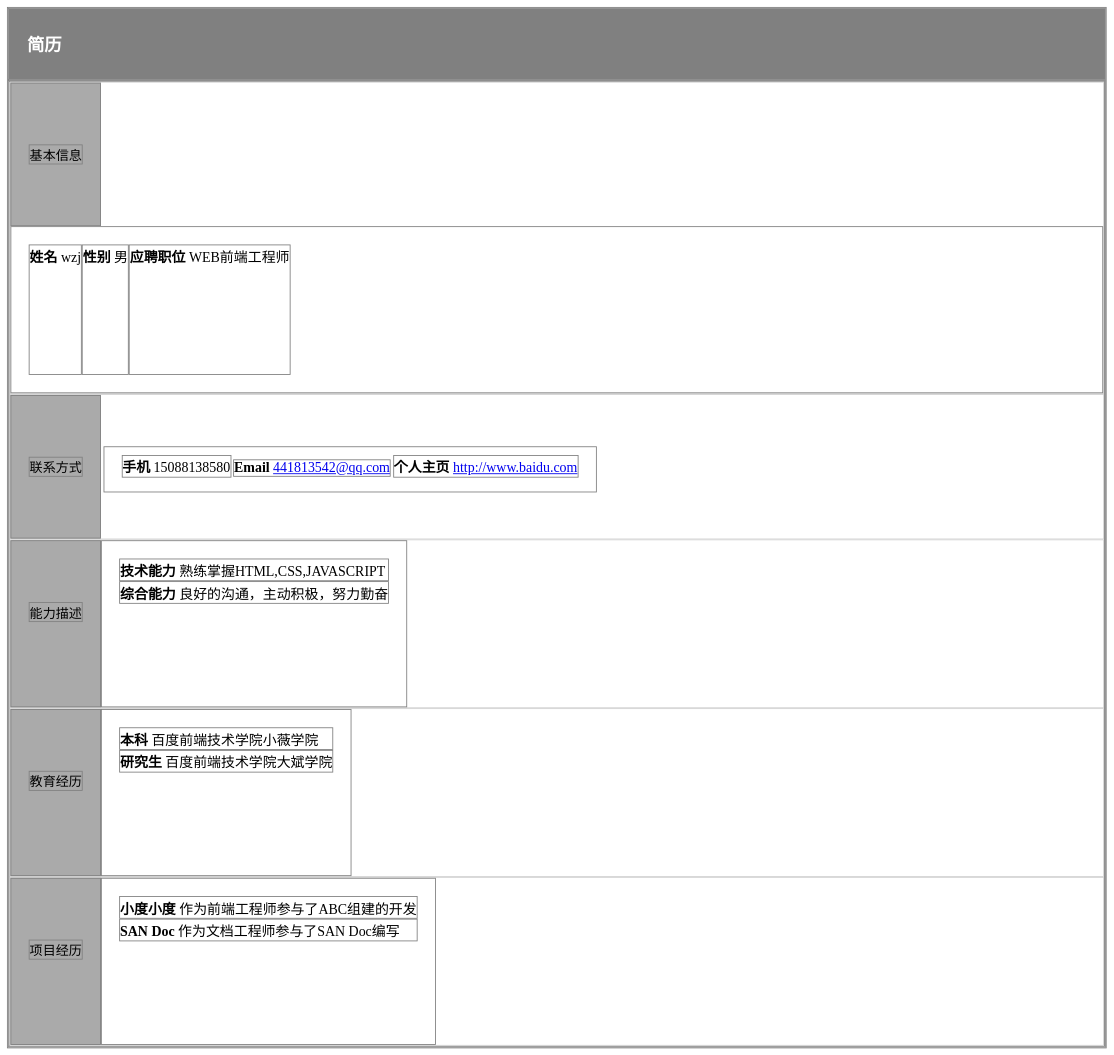
Repository: w441813542/webrecord
Page: day6_day7/jianli.html
An editor plug-in stored every save of this project. The page is shown before and after the next save, followed by the edit.
The browser window is 1280 px wide. The pictures show the whole page, at 87% of full size.

Above is the page before, as saved 2021-03-09 15:18:11.

### day6_day7/jianli.html
<!DOCTYPE html>
<html>

<head>
  <!-- <link rel="stylesheet" type="text/css" href="style_1.css" /> -->
  <!-- <link rel="stylesheet" type="text/css" href="style_2.css" /> -->
  <link rel="stylesheet" type="text/css" href="style_3.css" />
</head>

<body>
  <div class="box">
    <div class="left">
      <div class="caption">简历</div>
    </div>
    <div class="right">
      <div>
        <!-- <tr>
          <th rowspan="15" class="caption" align="center" valign="top">简历</th>
        </tr> -->
        <div class="part">
          <div class="part_left">
            <div class="th">基本信息</div>
          </div>
          <div class="part_right flex">
            <div class="td"><span>姓名</span> wzj</div>
            <div class="td"><span>性别</span> 男</div>
            <div class="td"><span>应聘职位</span> WEB前端工程师</div>
          </div>
        </div>
        <div class="part">
          <div class="part_left">
            <div class="th">联系方式</div>
          </div>
          <div class="part_right">
            <div class="td"><span>手机</span> 15088138580</div>
            <div class="td"><span>Email</span> <a href="mailto:441813542@qq.com">441813542@qq.com</a></div>
            <div class="td"><span>个人主页</span> <a href="http://www.baidu.com">http://www.baidu.com</a></div>
          </div>
        </div>
        <div class="part flex">
          <div class="part_left">
            <div class="th">能力描述</div>
          </div>
          <div class="part_right">
            <div class="td msgtd block"><span>技术能力</span> 熟练掌握HTML,CSS,JAVASCRIPT</div>
            <div class="td msgtd block"><span>综合能力</span> 良好的沟通，主动积极，努力勤奋</div>
          </div>
        </div>
        <div class="part flex">
          <div class="part_left">
            <div class="th">教育经历</div>
          </div>
          <div class="part_right">
            <div class="td msgtd block"><span>本科</span> 百度前端技术学院小薇学院</div>
            <div class="td msgtd block"><span>研究生</span> 百度前端技术学院大斌学院</div>
          </div>
        </div>
        <div class="part flex">
          <div class="part_left">
            <div class="th">项目经历</div>
          </div>
          <div class="part_right">
            <div class="td msgtd block"><span>小度小度</span> 作为前端工程师参与了ABC组建的开发</div>
            <div class="td msgtd block"><span>SAN Doc</span> 作为文档工程师参与了SAN Doc编写</div>
          </div>
        </div>
      </div>

    </div>
  </div>
</body>

</html>

### day6_day7/style_3.css
html {
    font-size: 10px;
  }

  div{
    border: 1px solid gray;
  }

  .td {
    font-size: 1.6em;
    display: inline-block;
  }

  .th {
    font-size: 1.5em;
    display: inline-block;
  }

  .caption {
    font-size: 2em;
    font-weight: bold;
    color: white;
    text-align: left;
    background: gray;
    padding-top: 25px;
    padding-left: 20px;
    padding-bottom: 25px;
  }

 .part{
   display: block;
   border: 1px solid lightgray;
 }

  .part_left{
    display: inline-block;
    padding-top: 70px;
    padding-bottom: 70px;
    padding-left: 20px;
    padding-right: 20px;
    background: #aaa;
  }

  .part_right{
    display: inline;
    height: 150px;
    padding: 20px;
  }

  span {
    font-weight: bold;
  }

  .box{
      display: block;
  }

  .flex{
    display: flex;
  }

  .block{
    display: block;
  }

After the next save:
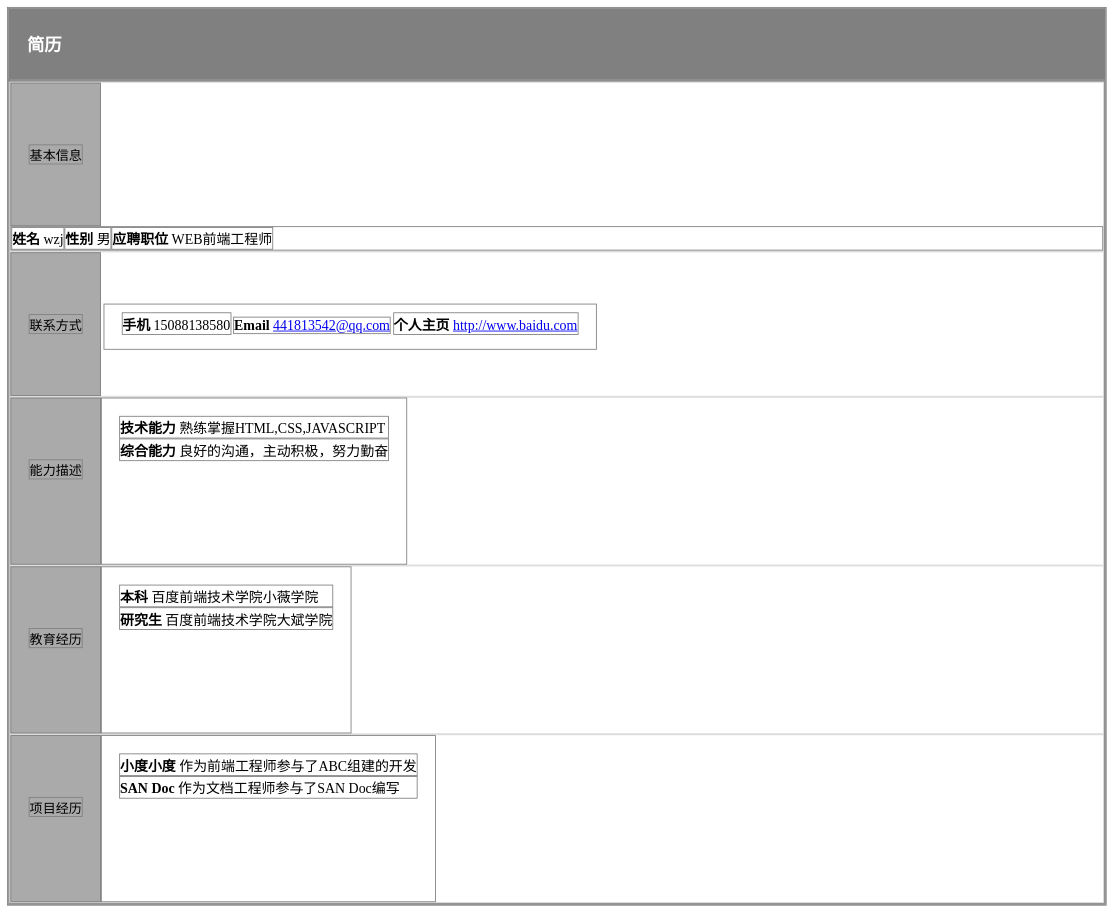
Saved 9 s later.
--- a/day6_day7/jianli.html
+++ b/day6_day7/jianli.html
@@ -21,7 +21,7 @@
           <div class="part_left">
             <div class="th">基本信息</div>
           </div>
-          <div class="part_right flex">
+          <div class="flex">
             <div class="td"><span>姓名</span> wzj</div>
             <div class="td"><span>性别</span> 男</div>
             <div class="td"><span>应聘职位</span> WEB前端工程师</div>

After the save that followed:
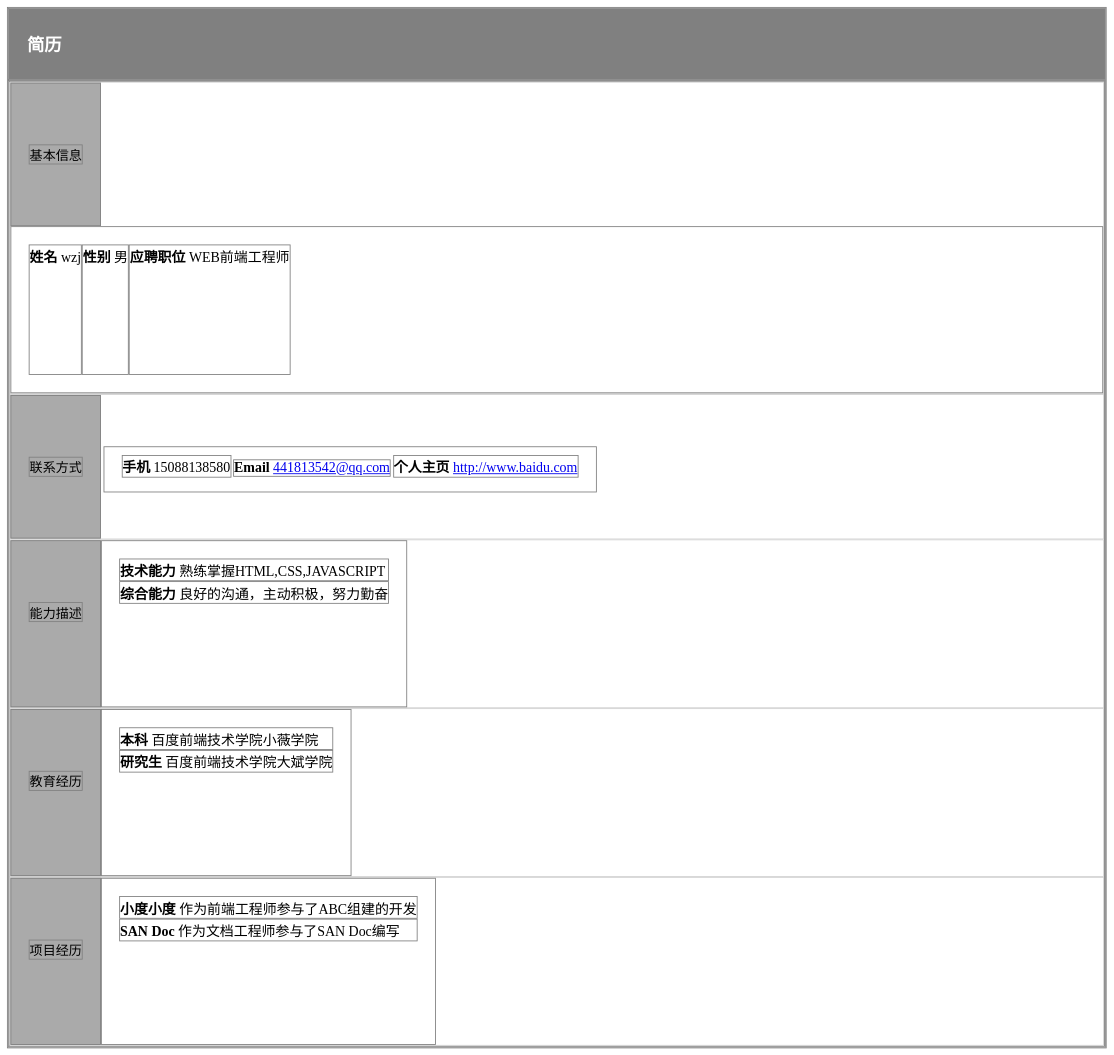
Saved 7 s later.
--- a/day6_day7/jianli.html
+++ b/day6_day7/jianli.html
@@ -21,7 +21,7 @@
           <div class="part_left">
             <div class="th">基本信息</div>
           </div>
-          <div class="flex">
+          <div class="part_right flex">
             <div class="td"><span>姓名</span> wzj</div>
             <div class="td"><span>性别</span> 男</div>
             <div class="td"><span>应聘职位</span> WEB前端工程师</div>
